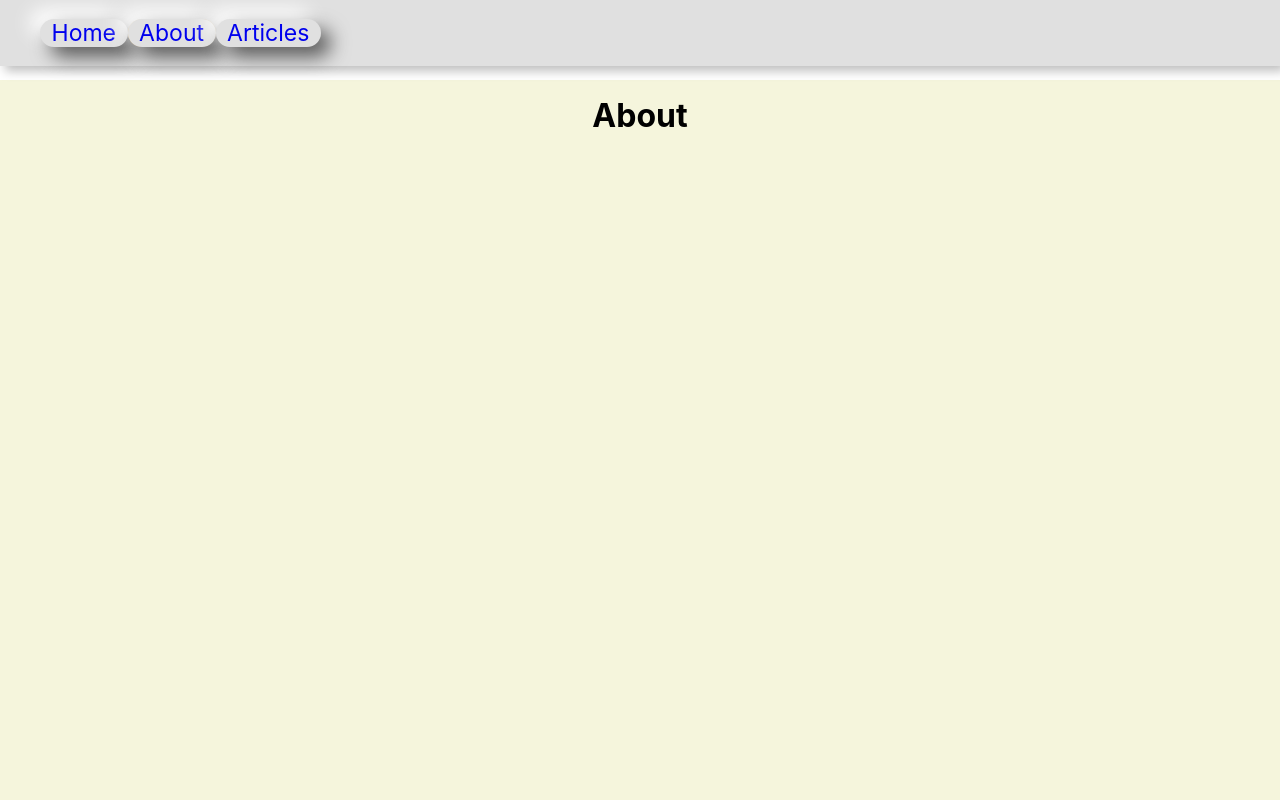
Repository: ShindanoSingi/react-software-architecture-course
Page: /about
An editor plug-in stored every save of this project. The page is shown before and after the next save, followed by the edit.
The browser window is 1280 px wide. The pictures show the whole page.
The project was rebuilt for these pictures with package versions that can differ from the ones it lists, and the page was loaded fresh each time. Also part of the build but not shown: src/pages/Home.js, src/pages/Articles.js.

Above is the page before, as saved 2022-12-25 20:41:47.

### src/App.js
import './App.css';
import { Routes, Route, NavLink } from 'react-router-dom';
import Home from './pages/Home';
import About from './pages/About';
import Articles from './pages/Articles';


function App() {

  return (
    <>
      <nav className='nav-bar'>
      <ul className='list-container'>
        <NavLink to='/' className={({isActive}) => isActive ? "is-active" : null}>
          <li className='home'>Home</li>
        </NavLink>

        <NavLink to='/about' className={({isActive}) => isActive ? "is-active" : null}>
          <li className='about'>About</li>
        </NavLink>

        <NavLink to='/articles' className={({isActive}) => isActive ? "is-active" : null}>
          <li className='articles'>Articles</li>
        </NavLink>
      </ul>
    </nav>
      <Routes>
        <Route path='/' element={<Home />}/>
        <Route path='about' element={<About />}/>
        <Route path='articles' element={<Articles />}/>
      </Routes>
    </>
  );
}

export default App;

### src/App.css
h1 {
    text-align: center;
    margin: 0rem;
    padding: 0.5em;
}

.is-active {
    background: rgb(63, 152, 251);
    background: radial-gradient(circle, rgba(63, 152, 251, 1) 6%, rgba(252, 180, 70, 1) 100%);
    border-radius: 205px;
}

.home,
.about,
.articles {
    border-radius: 205px;
    background: #e0e0e0;
    box-shadow: 10px 10px 19px #5a5a5a,
        -10px -10px 19px #ffffff;
    padding: 0 0.5em;
}

.list-container,
a {
    font-size: 1.2em;
    list-style: none;
    text-decoration: none;
    display: flex;
}

.nav-bar {
    position: fixed;
    width: 100%;
    top: 0;
    border-radius: 0px;
    background: #e0e0e0;
    box-shadow: 5px 5px 10px #bebebe,
        -5px -5px 10px #ffffff;
}

.container {
    max-width: 80em;
    background-color: beige;
    margin: 0 auto;
    height: 100vh;
    margin-top: 5em;
}

### src/pages/About.js
import React from 'react';

const About = () => {
  return (
    <div className='container'>
      <h1>About</h1>
    </div>
  );
}

export default About;

Loaded but not shown: public/index.html (common file); src/index.js (common file); src/index.css (common file); src/reportWebVitals.js (common file)

After the next save:
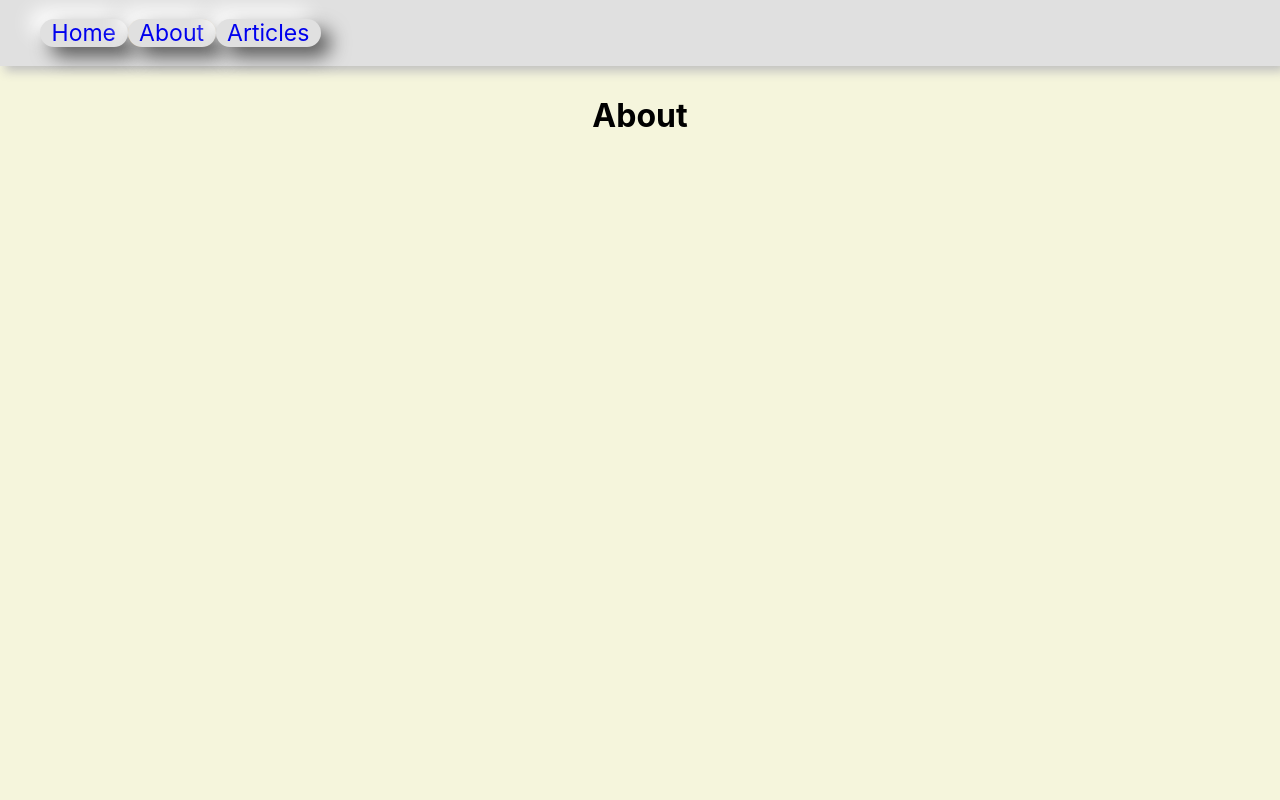
Saved 18 s later.
--- a/src/App.css
+++ b/src/App.css
@@ -43,5 +43,5 @@ a {
     background-color: beige;
     margin: 0 auto;
     height: 100vh;
-    margin-top: 5em;
+    padding-top: 5em;
 }
